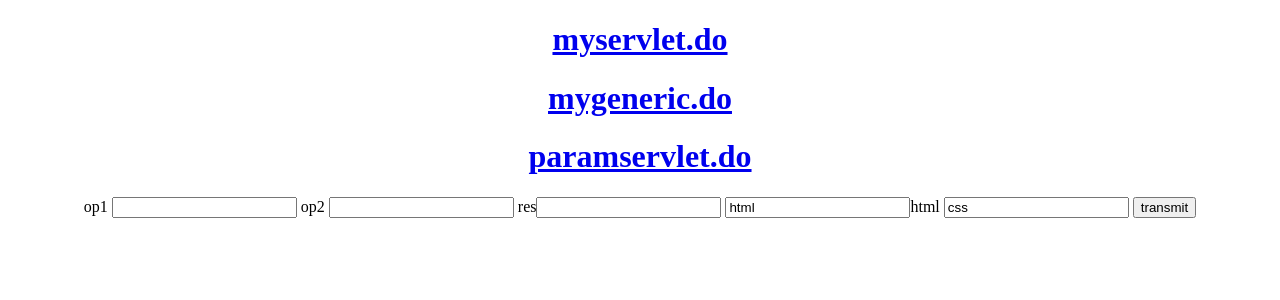
Repository: govltjsdnd24/SSAFY_BackEnd
Page: LocalServletJspEx/WebContent/index.html
An editor plug-in stored every save of this project. The page is shown before and after the next save, followed by the edit.
The browser window is 1280 px wide. The pictures show the whole page.

Above is the page before, as saved 2023-09-14 05:26:25.

### LocalServletJspEx/WebContent/index.html
<!DOCTYPE html>
<html>
<head>
<meta charset="UTF-8">
<title>Insert title here</title>
</head>
<body>
	<div align="center">
		<h1> <a href="myservlet.do">myservlet.do</a></h1>
		<h1> <a href="mygeneric.do">mygeneric.do</a></h1>
		<h1> <a href="paramservlet.do?op1=1&op2=13">paramservlet.do</a></h1>
		<form action="paramservlet.do" method="post">
			<label for="iop1">op1 </label><input type="text" id= "iop1" name= "nop1">
			<label for="iop2">op2 </label><input type="text" id= "iop2" name= "nop2">
			<label for="res">res</label><input type="text" id= "res" name= "res" readonly="readonly">

			<input type "checkbox" name="check" value="html">html</input>
			<input type "checkbox" name="check" value="css"></input>

			<input type="submit" value = "transmit">
		</form>
	</div>
</body>
</html>

After the next save:
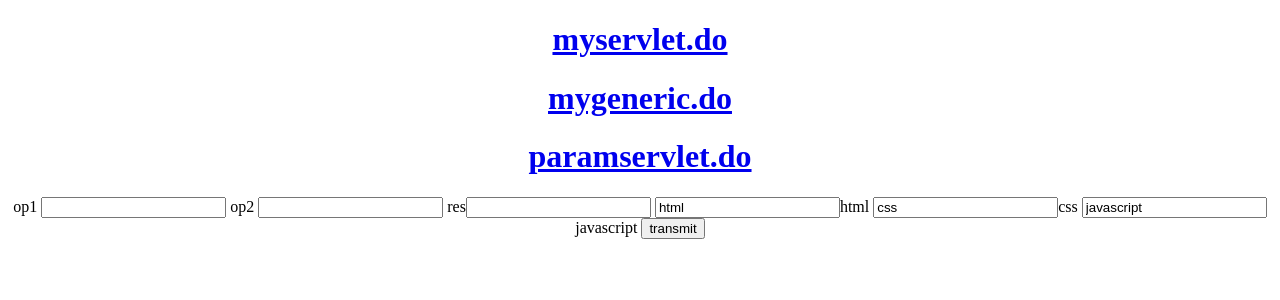
Saved 14 s later.
--- a/LocalServletJspEx/WebContent/index.html
+++ b/LocalServletJspEx/WebContent/index.html
@@ -15,7 +15,8 @@
 			<label for="res">res</label><input type="text" id= "res" name= "res" readonly="readonly">
 
 			<input type "checkbox" name="check" value="html">html</input>
-			<input type "checkbox" name="check" value="css"></input>
+			<input type "checkbox" name="check" value="css">css</input>
+			<input type "checkbox" name="check" value="javascript">javascript</input>
 
 			<input type="submit" value = "transmit">
 		</form>
